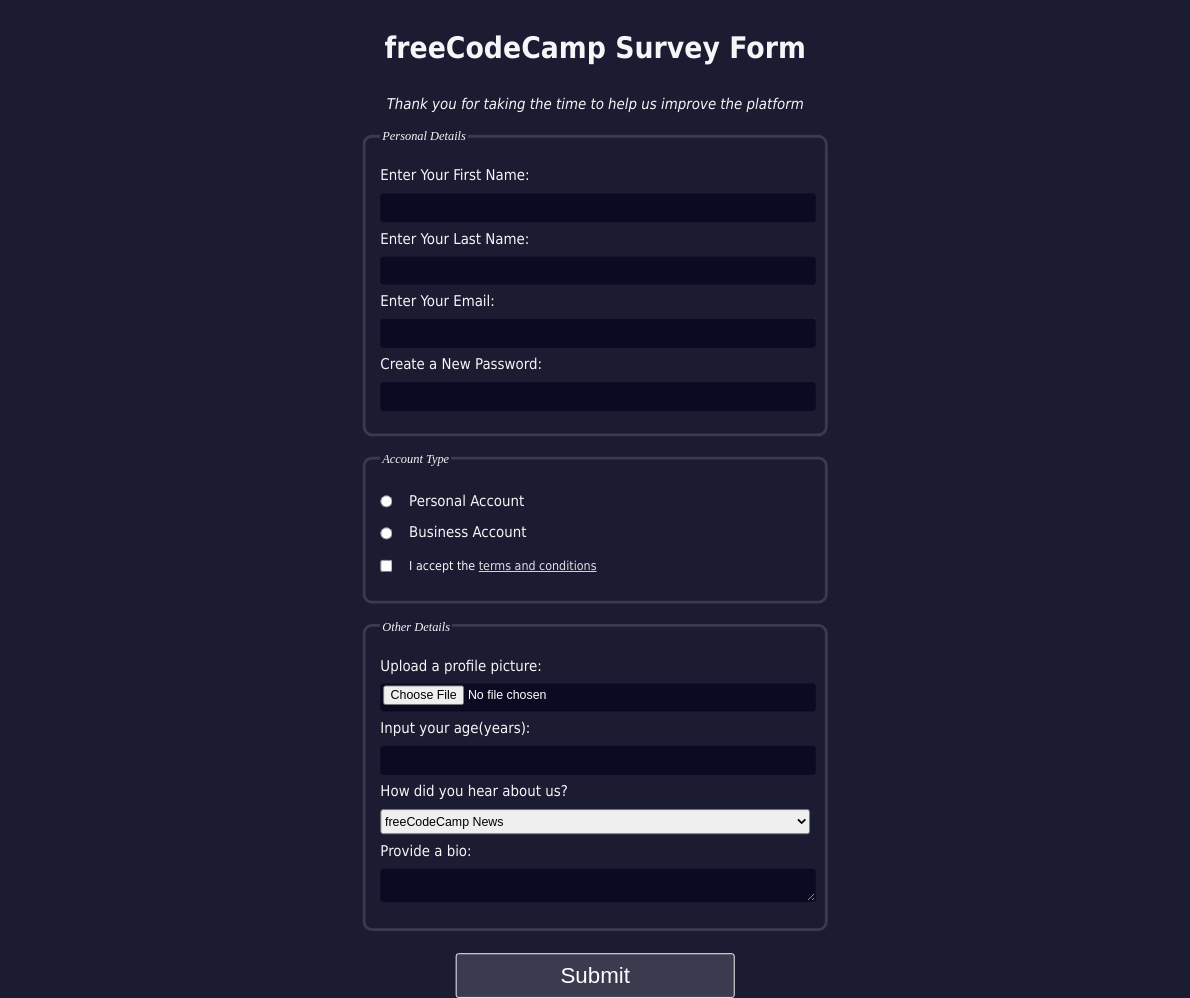
Repository: Lungdjos/survey_form_certification
Page: index.html
An editor plug-in stored every save of this project. The page is shown before and after the next save, followed by the edit.
The browser window is 1280 px wide. The pictures show the whole page, at 93% of full size.

Above is the page before, as saved 2023-09-29 12:42:35.

### index.html
<!DOCTYPE html>
<html lang="en">

<head>
    <meta charset="UTF-8">
    <meta name="viewport" content="width=device-width, initial-scale=1.0">
    <title>Survey Form</title>
    <link rel="stylesheet" href="styles.css">
</head>

<body>
    <h1>freeCodeCamp Survey Form </h1>
    <p>Thank you for taking the time to help us improve the platform</p>
    <form action="https://register-demo.freecodecamp.org" method="post">
        <fieldset>
            <legend> <small>Personal Details</small> </legend>
            <label for="first-name">Enter Your First Name: <input type="text" id="first-name" name="first-name" required> </label>
            <label for="last-name">Enter Your Last Name: <input type="text" id="last-name" name="last-name" required> </label>
            <label for="email">Enter Your Email: <input type="email" id="email" name="email" required> </label>
            <label for="new-password">Create a New Password: <input type="password" name="password" id="new-password" pattern="[A-Za-z0-9]{8,}" minlength="8" required> </label>
        </fieldset>
        <fieldset>
            <legend> <small>Account Type</small></legend>
            <label for="personal-account"> <input class="inline" type="radio" name="account-type" id="personal-account"> Personal Account</label>
            <label for="business-account"> <input class="inline" type="radio" name="account-type" id="business-account"> Business Account</label>
            <label for="terms-and-conditions"> <input class="inline" type="checkbox" name="ts-and-cs" id="terms-and-conditions" required> <small>I accept the <a href="https://www.freecodecamp.org/news/terms-of-service/">terms and conditions</a> </small> </label>
        </fieldset>
        <fieldset>
            <legend> <small>Other Details</small></legend>
            <label for="profile-pic">Upload a profile picture: <input type="file" name="profile-piture" id="profile-pic"></label>
            <label for="age">Input your age(years): <input type="number" name="age" id="age" min="13" max="100"> </label>

            <label for="referrer"> How did you hear about us?
                <select name="referrer" id="referrer">
                    <option value="">(select one)</option>
                    <option value="1" selected name="news">freeCodeCamp News</option>
                    <option value="2" name="youtube" >freeCodeCamp YouTube Channel</option>
                    <option value="3" name="forum" >freeCodeCamp Forum</option>
                    <option value="4" name="other" >Other</option>
                </select>
            </label>
            <label for="bio">Provide a bio:
                <textarea name="biography" id="bio" cols="50" rows="2" placeholder="I like coding on the beach..." >
                </textarea>
            </label>
        </fieldset>

        <input type="submit" value="Submit" name="submit" id="submit-btn">
    </form>
</body>

</html>

### styles.css
/* designs for the survey form */


/* CSS for the Registration Form */

body {
    width: 100%;
    height: 100vh;
    /* will need to set the value to */
    margin: 15px 0 15px 0;
    background-color: #1b1b32;
    color: #f5f6f7;
    font-size: 16px;
    font-family: Tahoma;
}

label {
    display: block;
    margin: .5rem 0;
}

a {
    color: #dfdfe2;
}

a:hover {
    color: blanchedalmond;
    text-decoration: none;
}

a:active {
    color: #0a0a23;
}

form {
    margin: 0px 30px 0px 30px;
}

fieldset {
    margin: 15px 0px 15px 0px;
    border-radius: 10px;
    border: 3px solid #3b3b4f;
    padding: 1rem;
}


/* gets the last element and take effects */


/* fieldset:last-of-type {
    border: none;
} */

input,
textarea,
select {
    margin: 10px 0 0 0;
    width: 100%;
    border-radius: 3px;
    min-height: 2em;
}

input,
textarea {
    background-color: #0a0a23;
    border: 1px solid #0a0a23;
    color: #fff;
}

.inline {
    width: unset;
    margin: 0 1em 0 0;
    vertical-align: middle;
}

legend {
    font-style: italic;
    font-family: 'Times New Roman', Times, serif;
}

h1,
p {
    margin: 1em auto;
    text-align: center;
}

p {
    font-style: italic;
}

form {
    margin: 0 auto;
    max-width: 500px;
    min-width: 300px;
    width: 60vw;
}

#submit-btn:hover {
    background-color: blanchedalmond;
    margin-bottom: 2em;
    color: #0a0a23;
    border: 4px solid #3b3b4f;
    border-radius: 8px;
}

input[name="submit"] {
    display: block;
    width: 60%;
    margin: 1em auto;
    height: 2em;
    font-size: 1.5rem;
    background-color: #3b3b4f;
    border-color: white;
    min-width: 1em;
}

input[type="file"] {
    min-height: 2em;
    padding: 1px 2px;
}

After the next save:
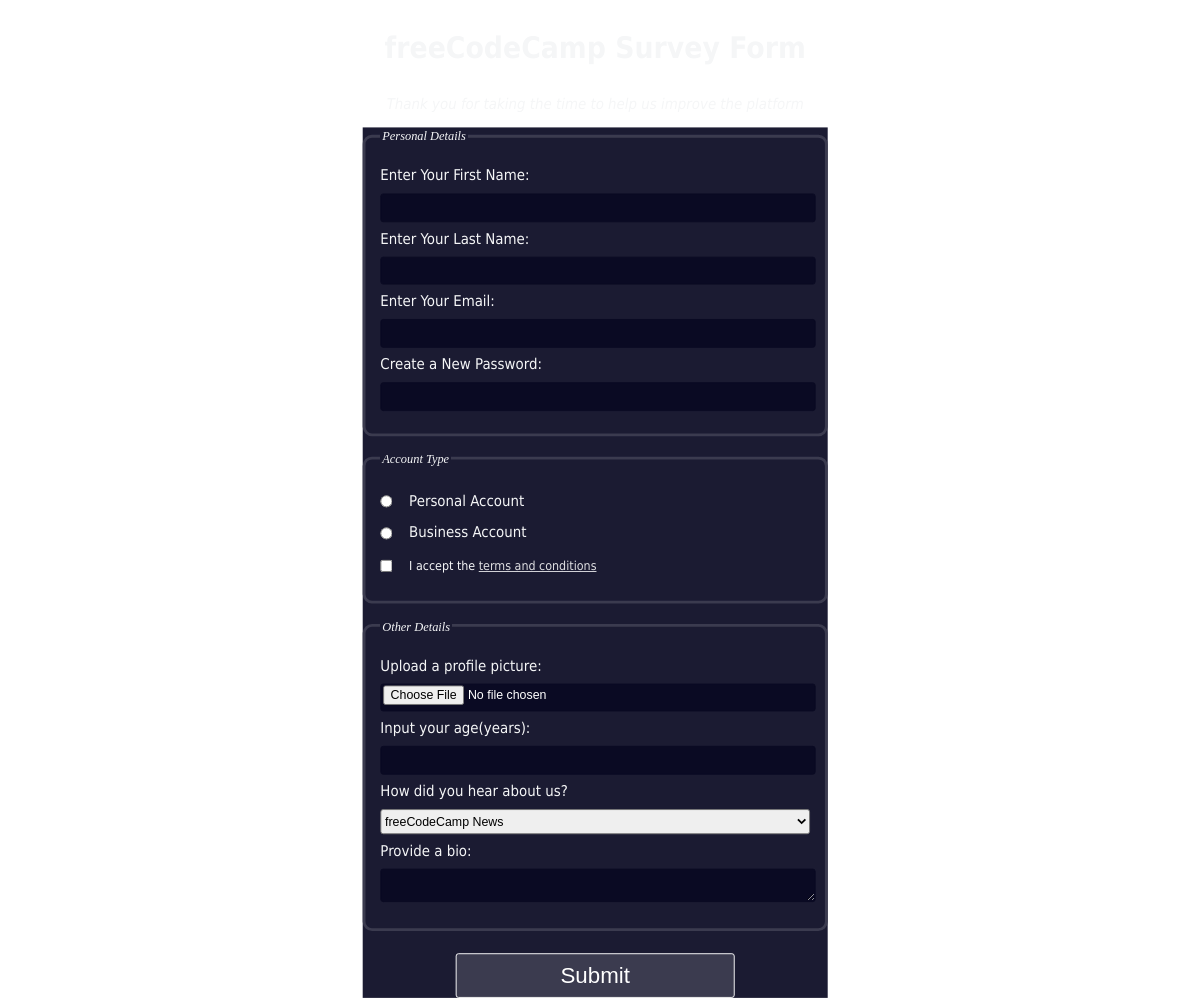
Saved 13 h 17 min later.
--- a/styles.css
+++ b/styles.css
@@ -8,7 +8,6 @@
     height: 100vh;
     /* will need to set the value to */
     margin: 15px 0 15px 0;
-    background-color: #1b1b32;
     color: #f5f6f7;
     font-size: 16px;
     font-family: Tahoma;
@@ -93,6 +92,7 @@
     max-width: 500px;
     min-width: 300px;
     width: 60vw;
+    background-color: #1b1b32;
 }
 
 #submit-btn:hover {
